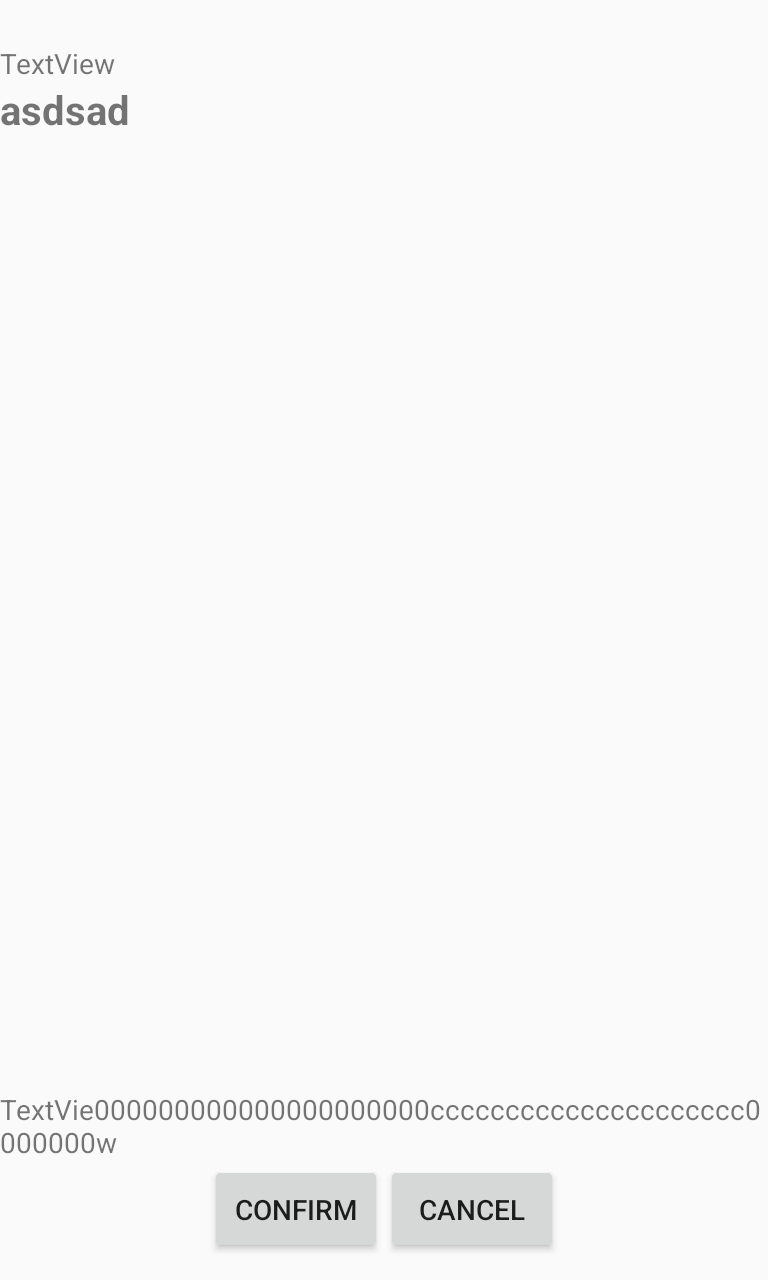
Repository: TeamZhao/Assignment-Tracker
Layout: AssignmentTracker/res/layout/activity_delete_semester_confirmation.xml
These files come from the project's save history. The layout is drawn as it stood at one moment and after the next save; the edit follows.
It is drawn on a 768 x 1280 px phone screen (xhdpi) without system bars, with theme AppTheme; the app's code is not run.

Above is the layout before, as saved 2014-11-15 06:40:15.

### AssignmentTracker/res/layout/activity_delete_semester_confirmation.xml
<TableLayout xmlns:android="http://schemas.android.com/apk/res/android"
    xmlns:tools="http://schemas.android.com/tools"
    android:layout_width="match_parent"
    android:layout_height="match_parent"
    android:layout_alignLeft="@+id/textView_DisplaySemContents"
    android:layout_below="@+id/textView_DisplaySemContents"
    tools:context="com.example.assignmenttracker.DeleteSemesterConfirmationActivity" >

    <TableRow
        android:id="@+id/tableRow1"
        android:layout_width="wrap_content"
        android:layout_height="wrap_content"
        android:layout_weight="1"
        android:gravity="bottom"
        android:orientation="horizontal" >

        <LinearLayout
            android:layout_width="wrap_content"
            android:layout_height="wrap_content"
            android:orientation="vertical" >

            <TextView
                android:id="@+id/textView_SemInfoNotice"
                android:layout_width="wrap_content"
                android:layout_height="wrap_content"
                android:text="TextView" />

            <TextView
                android:id="@+id/textView_DisplaySemTitle"
                android:layout_width="wrap_content"
                android:layout_height="wrap_content"
                android:layout_alignParentLeft="true"
                android:layout_alignParentTop="true"
                android:scrollbarAlwaysDrawVerticalTrack="true"
                android:scrollbarStyle="insideOverlay"
                android:scrollbars="vertical"
                android:text="asdsad"
                android:textSize="20sp"
                android:textStyle="bold" />
        </LinearLayout>
    </TableRow>

    <TableRow
        android:id="@+id/tableRow2"
        android:layout_width="wrap_content"
        android:layout_height="wrap_content"
        android:layout_weight="20" >

        <TextView
            android:id="@+id/textView_DisplaySemContents"
            android:layout_width="wrap_content"
            android:layout_height="wrap_content"
            android:layout_alignParentLeft="true"
            android:layout_alignParentTop="true"
            android:scrollbarAlwaysDrawVerticalTrack="true"
            android:scrollbarStyle="insideOverlay"
            android:scrollbars="vertical"
            android:text="" />
    </TableRow>

    <TableRow
        android:id="@+id/tableRow3"
        android:layout_width="wrap_content"
        android:layout_height="wrap_content"
        android:layout_weight="1"
        android:gravity="center" >

        <LinearLayout
            android:layout_width="wrap_content"
            android:layout_height="wrap_content"
            android:orientation="vertical" >

            <TextView
                android:id="@+id/textView_ContinueNotice"
                android:layout_width="match_parent"
                android:layout_height="wrap_content"
                android:text="TextVie000000000000000000000ccccccccccccccccccccc0000000w" />

            <LinearLayout
                android:layout_width="match_parent"
                android:layout_height="wrap_content"
                android:layout_weight="1"
                android:gravity="center">

                <Button
                    android:id="@+id/btn_deleteSem"
                    android:layout_width="wrap_content"
                    android:layout_height="wrap_content"
                    android:text="@string/confirm" />

                <Button
                    android:id="@+id/btn_cancelDeleteSem"
                    android:layout_width="wrap_content"
                    android:layout_height="wrap_content"
                    android:text="@string/cancel" />
            </LinearLayout>
        </LinearLayout>
    </TableRow>

</TableLayout>

### AssignmentTracker/res/values/strings.xml
<?xml version="1.0" encoding="utf-8"?>
<resources>

    <string name="app_name">Assignment Tracker</string>
    <string name="hello_world">Hello world!</string>
    <string name="action_settings">Settings</string>
    <string name="title_activity_add_semester">Add New Semester</string>
    <string name="semesterDetails">Add semester</string>
    <string name="semesterNo">Enter your semester number</string>
    <string name="semesterName">Enter the semester name and other info</string>
    <string name="addSemester">Add</string>
    <string name="cancelSemester">Cancel</string>
    <string name="nameOfSemester">Name</string>
    <string name="semester">Semester</string>
    <string name="title_activity_main">Assignment Tracker</string>
    <string name="instsuction_add">Please press menu button on the upper right corner to add new record.</string>
    <string name="add_semester">Add Semester</string>
    <string name="add_course">Add Course/Project</string>
    <string name="add_assignment">Add Assignment</string>
    <string name="title_activity_add_assignment">Add New Assignment</string>
    <string name="title">Title</string>
    <string name="course">Course</string>
    <string name="due_date">Due Date</string>
    <string name="progress">Progress</string>
    <string name="add">Add</string>
    <string name="cancel">Cancel</string>
    <string name="delete">Delete</string>
    <string name="update">Update</string>
    <string name="confirm">Confirm</string>
    <string name="title_activity_update_assignment">Update Assignment</string>
    <string name="title_activity_add_course">Add New Course</string>
    <string name="course_code">Course Code</string>
    <string name="professor">Professor</string>
    <string name="course_name">Course Name</string>
    <string name="course_description">Course Description</string>
    <string name="title_activity_show_semesters">Semesters</string>
    <string name="show_semesters">Show All Semesters</string>
    <string name="title_activity_show_courses">Courses</string>
    <string name="show_courses">Show All Courses</string>
    <string name="title_activity_update_course">Update Course</string>
    <string name="title_activity_update_semester">Update Semester</string>
    <string name="Update">Update</string>
    <string name="updateSemester">Update Semester</string>
    <string name="title_activity_splash_screen">Assignment Tracker</string>
    <string name="companyLogo">Company Logo</string>
    <string name="ImA">I am a..</string>
    <string name="teacher">Teacher</string>
    <string name="student">Student</string>
    <string name="title_activity_delete_semester_confirmation">Delete Semester Confirmation</string>

</resources>

Loaded but not shown: AssignmentTracker/res/values/styles.xml (common file); AssignmentTracker/res/values-v11/styles.xml (common file); AssignmentTracker/res/values-v14/styles.xml (common file)

After the next save:
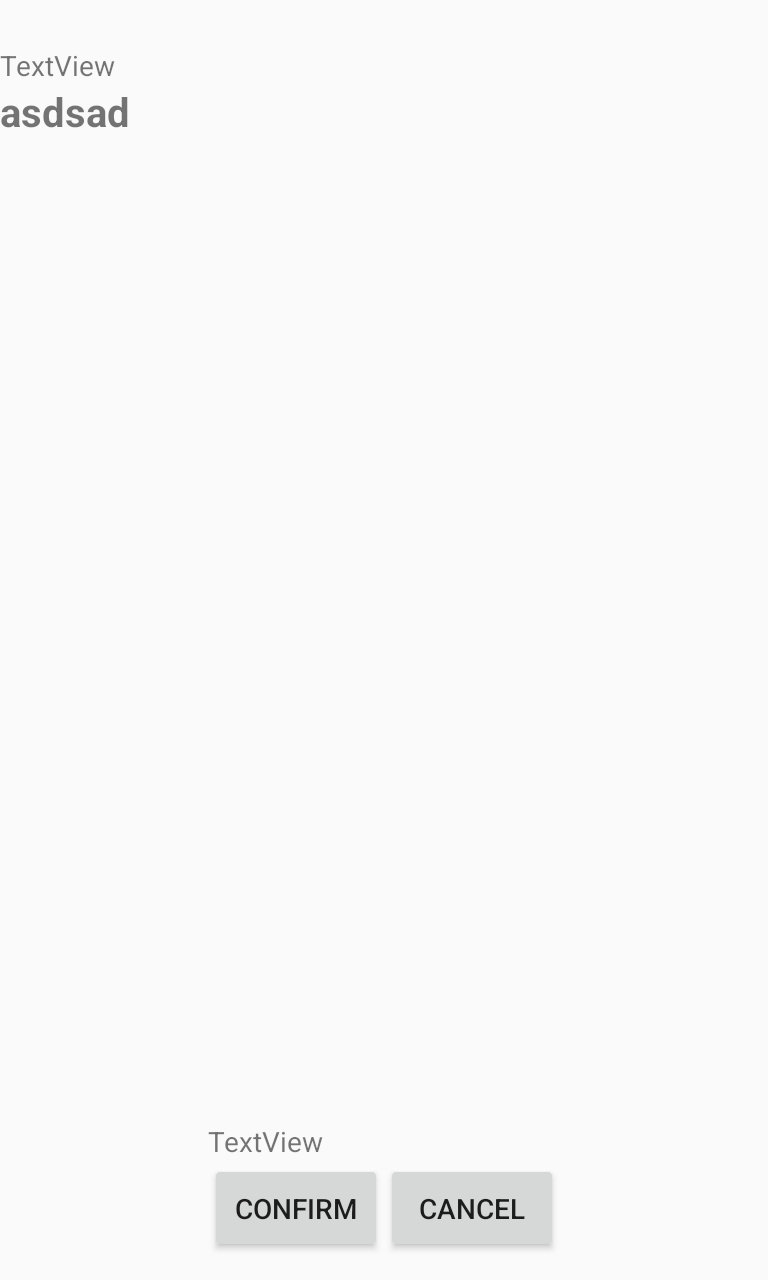
Saved 7 s later.
--- a/AssignmentTracker/res/layout/activity_delete_semester_confirmation.xml
+++ b/AssignmentTracker/res/layout/activity_delete_semester_confirmation.xml
@@ -74,7 +74,7 @@
                 android:id="@+id/textView_ContinueNotice"
                 android:layout_width="match_parent"
                 android:layout_height="wrap_content"
-                android:text="TextVie000000000000000000000ccccccccccccccccccccc0000000w" />
+                android:text="TextView" />
 
             <LinearLayout
                 android:layout_width="match_parent"
